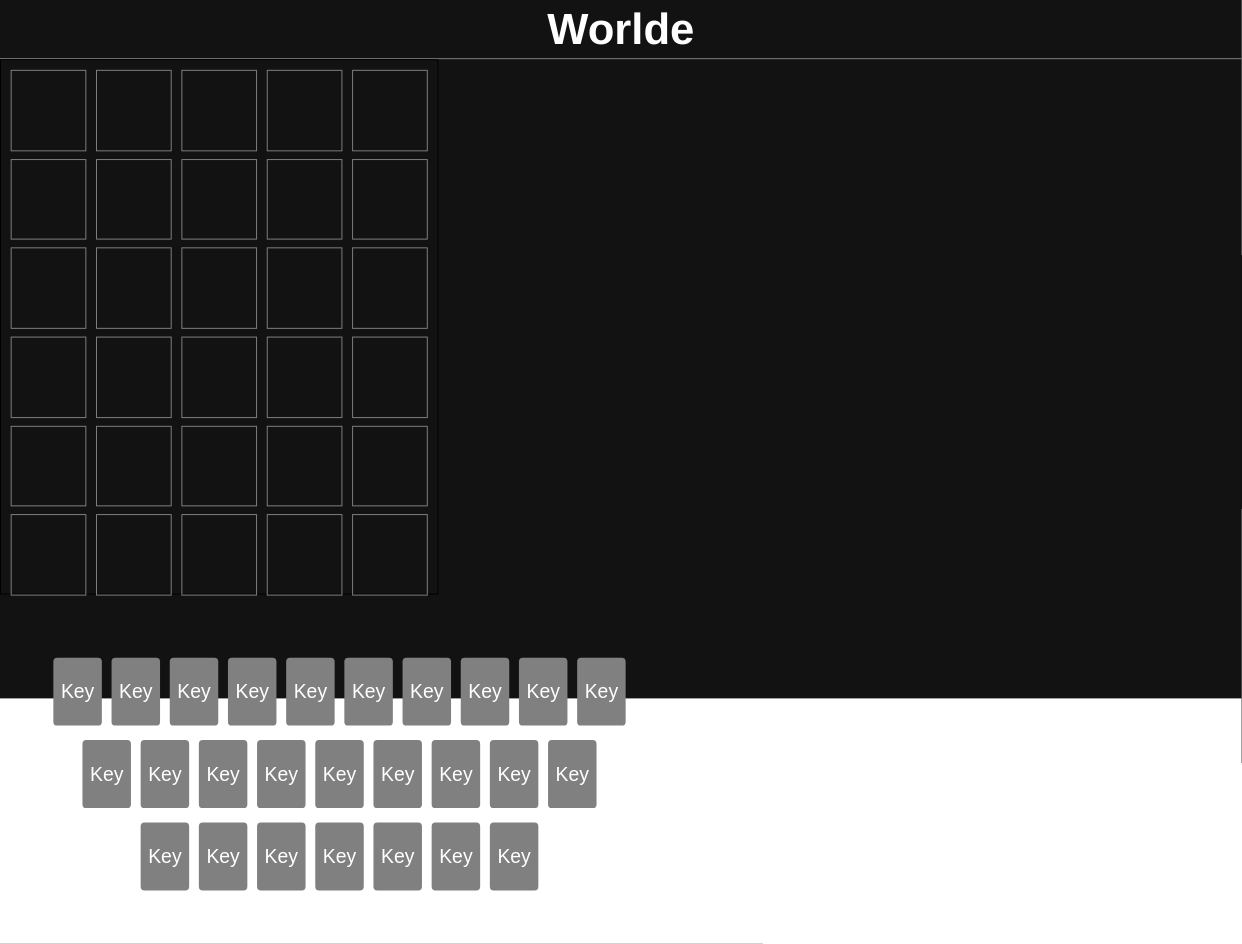
Repository: azizdeghais/Wordle
Page: /
An editor plug-in stored every save of this project. The page is shown before and after the next save, followed by the edit.
The browser window is 1280 px wide. The pictures show the whole page, at 97% of full size.
The project was rebuilt for these pictures with package versions that can differ from the ones it lists, and the page was loaded fresh each time.

Above is the page before, as saved 2022-11-30 10:07:09.

### src/App.js
import './App.css';
import Board from './Components/Board';
import Keyboard from './Components/Keyboard';
import {createContext,useState } from 'react'
import {boardDefault} from  "./Words"

export const AppContext = createContext();

function App() {
  const [board,setBoard]=useState(boardDefault);

  return (
    <div className="App">
     <nav><h1>Worlde</h1></nav>
     <AppContext.Provider value={{board,setBoard}}>
     <Board />
     <Keyboard />
     </AppContext.Provider>
    </div>
  );
}

export default App;

### src/Components/Board.js
import React,{useState} from 'react'
import { boardDefault } from '../Words'
import Letter  from './Letter';

function Board() {


  return (
    <div className='board'>
        <div className='row'>
          <Letter letterPos={0} attemptVal={0}></Letter>
          <Letter letterPos={1} attemptVal={0}></Letter>
          <Letter letterPos={2} attemptVal={0}></Letter>
          <Letter letterPos={3} attemptVal={0}></Letter>
          <Letter letterPos={4} attemptVal={0}></Letter>
          </div>
        <div className='row'>
          <Letter letterPos={0} attemptVal={1}></Letter>
          <Letter letterPos={1} attemptVal={1}></Letter>
          <Letter letterPos={2} attemptVal={1}></Letter>
          <Letter letterPos={3} attemptVal={1}></Letter>
          <Letter letterPos={4} attemptVal={1}></Letter>
          </div>
        <div className='row'>
          <Letter letterPos={0} attemptVal={2}></Letter>
          <Letter letterPos={1} attemptVal={2}></Letter>
          <Letter letterPos={2} attemptVal={2}></Letter>
          <Letter letterPos={3} attemptVal={2}></Letter>
          <Letter letterPos={4} attemptVal={2}></Letter>
          </div>
        <div className='row'>
          <Letter letterPos={0} attemptVal={3}></Letter>
          <Letter letterPos={1} attemptVal={3}></Letter>
          <Letter letterPos={2} attemptVal={3}></Letter>
          <Letter letterPos={3} attemptVal={3}></Letter>
          <Letter letterPos={4} attemptVal={3}></Letter>
          </div>
        <div className='row'>
          <Letter letterPos={0} attemptVal={4}></Letter>
          <Letter letterPos={1} attemptVal={4}></Letter>
          <Letter letterPos={2} attemptVal={4}></Letter>
          <Letter letterPos={3} attemptVal={4}></Letter>
          <Letter letterPos={4} attemptVal={4}></Letter>
          </div>
        <div className='row'>
          <Letter letterPos={0} attemptVal={5}></Letter>
          <Letter letterPos={1} attemptVal={5}></Letter>
          <Letter letterPos={2} attemptVal={5}></Letter>
          <Letter letterPos={3} attemptVal={5}></Letter>
          <Letter letterPos={4} attemptVal={5}></Letter>
          </div>
    </div>
  )
}

export default Board

### src/Components/Keyboard.js
import React from "react";
import Key from "./Key";

function Keyboard() {
  const keys1 = ["Q", "W", "E", "R", "T", "Y", "U", "I", "O", "P"];
  const keys2 = ["A", "S", "D", "F", "G", "H", "J", "K", "L"];
  const keys3 = ["Z", "X", "C", "V", "B", "N", "M"];

  return (
    <div className="keyboard">
      <div className="line1">
        {keys1.map((key) => {
          return <Key keyVal={key} />;
        })}
      </div>
      <div className="line2">
        {keys2.map((key) => {
          return <Key keyVal={key}/>;
        })}
      </div>
      <div className="line3">
        {keys3.map((key) => {
          return <Key keyVal={key} />;
        })}
      </div>
    </div>
  );
}

export default Keyboard;

### src/Words.js
export const boardDefault = [
    ["", "", "", "", ""],
    ["", "", "", "", ""],
    ["", "", "", "", ""],
    ["", "", "", "", ""],
    ["", "", "", "", ""],
    ["", "", "", "", ""],
  ];

### src/Components/Letter.js
import React,{useContext} from 'react'
import App, {AppContext} from '../App'

function Letter({letterPos,attemptVal}) {
  const {board}=useContext(AppContext);
  const letter = board[attemptVal][letterPos]
  return (
    <div className='letter'>{letter}</div>
  )
}

export default Letter

### src/Components/Key.js
import React from 'react'

function Key({keyVal}) {
  return (
    <div className='key'>Key</div>
  )
}

export default Key

Loaded but not shown: public/index.html (common file); src/index.js (common file); src/reportWebVitals.js (common file); src/App.css (common file)

After the next save:
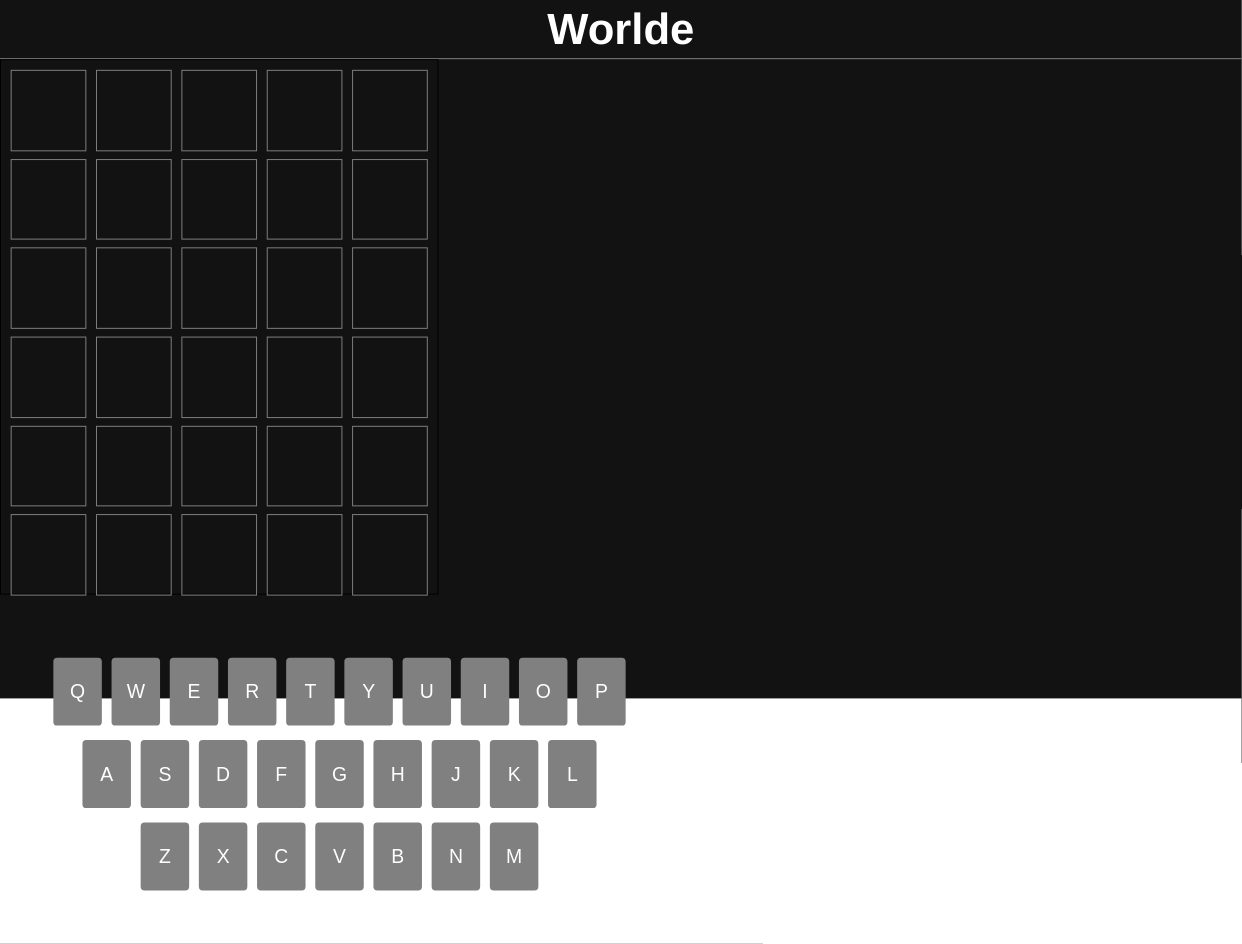
Saved 4 s later.
--- a/src/Components/Key.js
+++ b/src/Components/Key.js
@@ -2,7 +2,7 @@
 
 function Key({keyVal}) {
   return (
-    <div className='key'>Key</div>
+    <div className='key'>{keyVal}</div>
   )
 }
 
